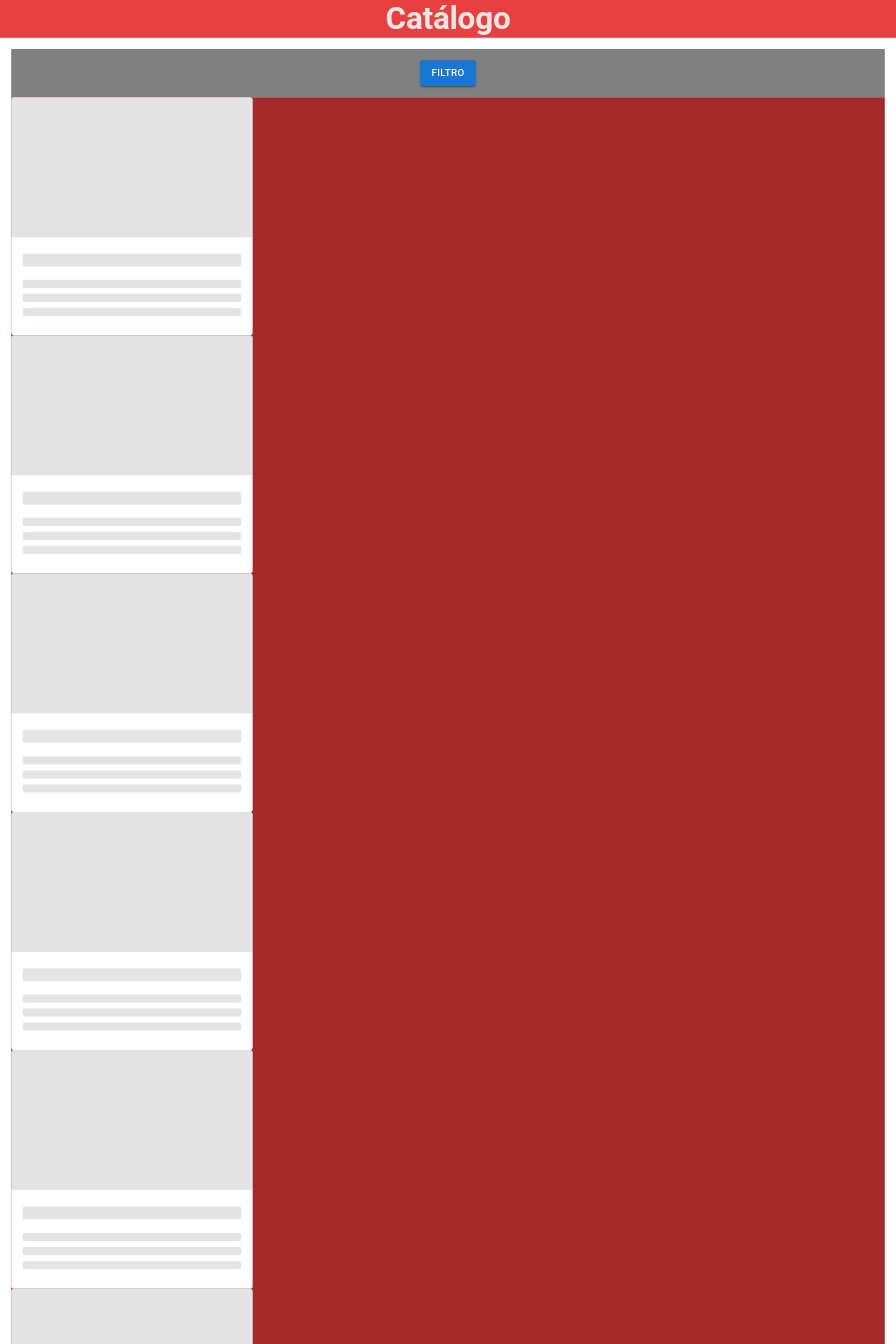
Repository: lenx0/PokeWiki-Front
Page: /
These files come from the project's save history. The page is drawn as it stood at one moment and after the next save; the edit follows.
The browser window is 1280 px wide. The pictures show the part of the page from y = 0 to 1920 px (the page is 4328 px tall), at 70% of full size.
The page's requests for data from a server got no answer. The project was rebuilt for these pictures with package versions that can differ from the ones it lists, and the page was loaded fresh each time. The framework's server and built-in components were replaced by stand-ins that run in the browser. No one was signed in, and anything a server would have sent is missing. Also part of the build but not shown: next.config.mjs.

Above is the page before, as saved 2024-02-17 12:26:59.

After the next save:
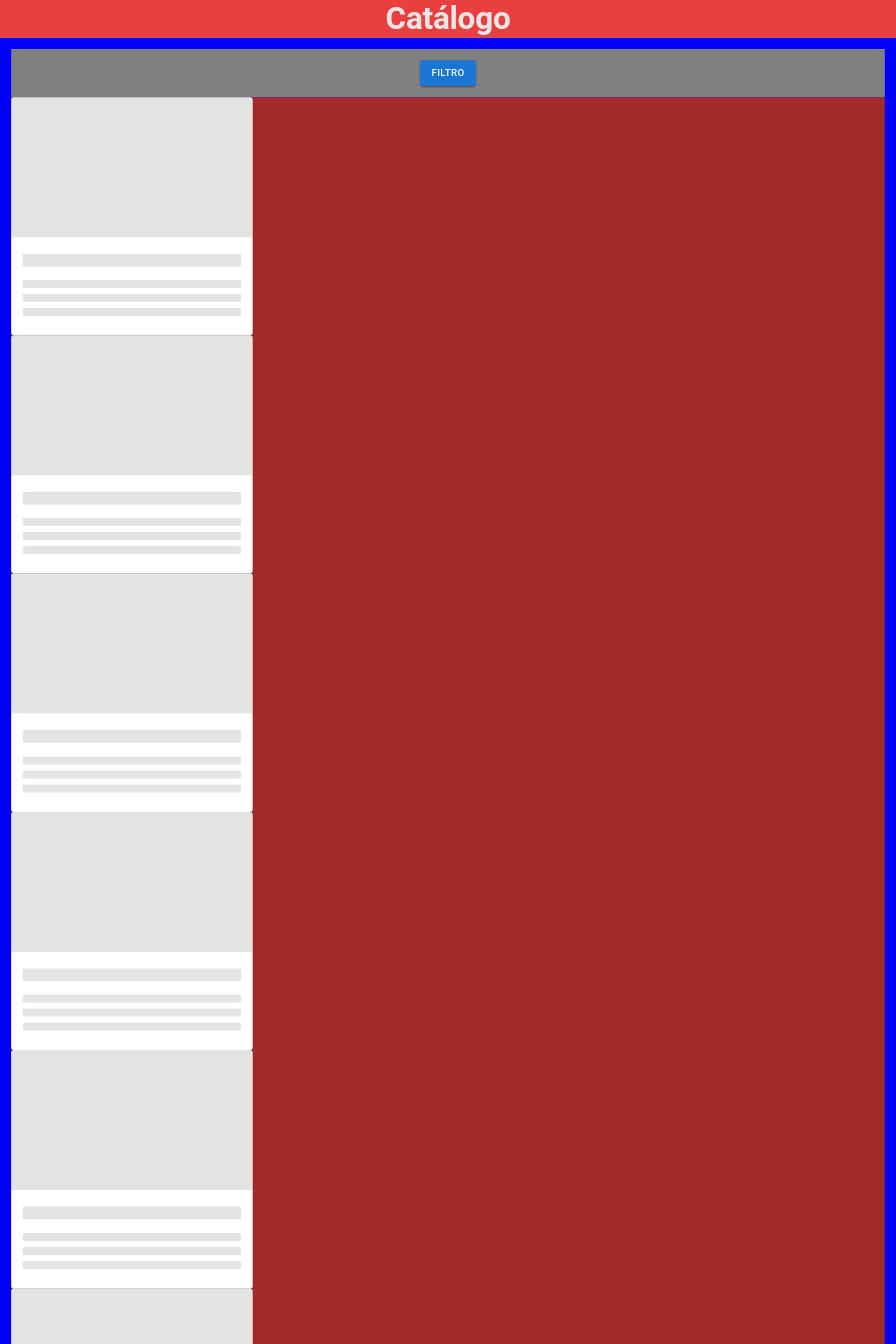
Saved 10 s later.
--- a/src/app/pages/PokemonList/page.jsx
+++ b/src/app/pages/PokemonList/page.jsx
@@ -14,7 +14,7 @@ export default function PokemonList() {
           Catálogo
         </Typography>
       </Grid>
-      <Grid padding={2}>
+      <Grid padding={2} backgroundColor="blue">
         <Cards />
       </Grid>
     </>
